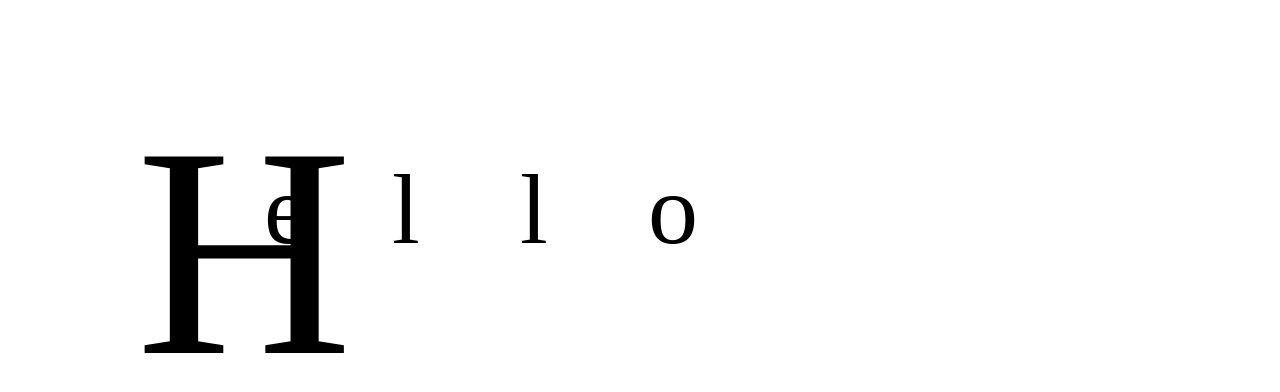
Repository: julihocc/javascript-interview-practice
Page: 01 HTML CSS/Exercise 75/index.html
An editor plug-in stored every save of this project. The page is shown before and after the next save, followed by the edit.
The browser window is 1280 px wide. The pictures show the whole page.
The pointer rests on the first visible `.letter`.

Above is the page before, as saved 2022-09-30 00:21:57.

After the next save:
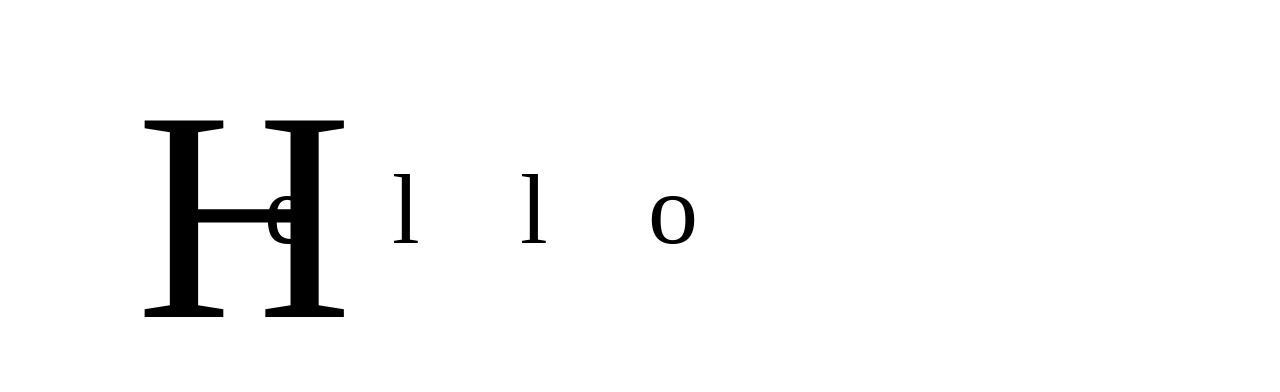
Saved 8 s later.
--- a/01 HTML CSS/Exercise 75/style.css
+++ b/01 HTML CSS/Exercise 75/style.css
@@ -16,7 +16,7 @@
 .letter:hover {
     position: absolute;
     font-size: 300px;
-    top: 10vh;
+    top: 5vh;
 }
 
 #l1, #l1:hover {
